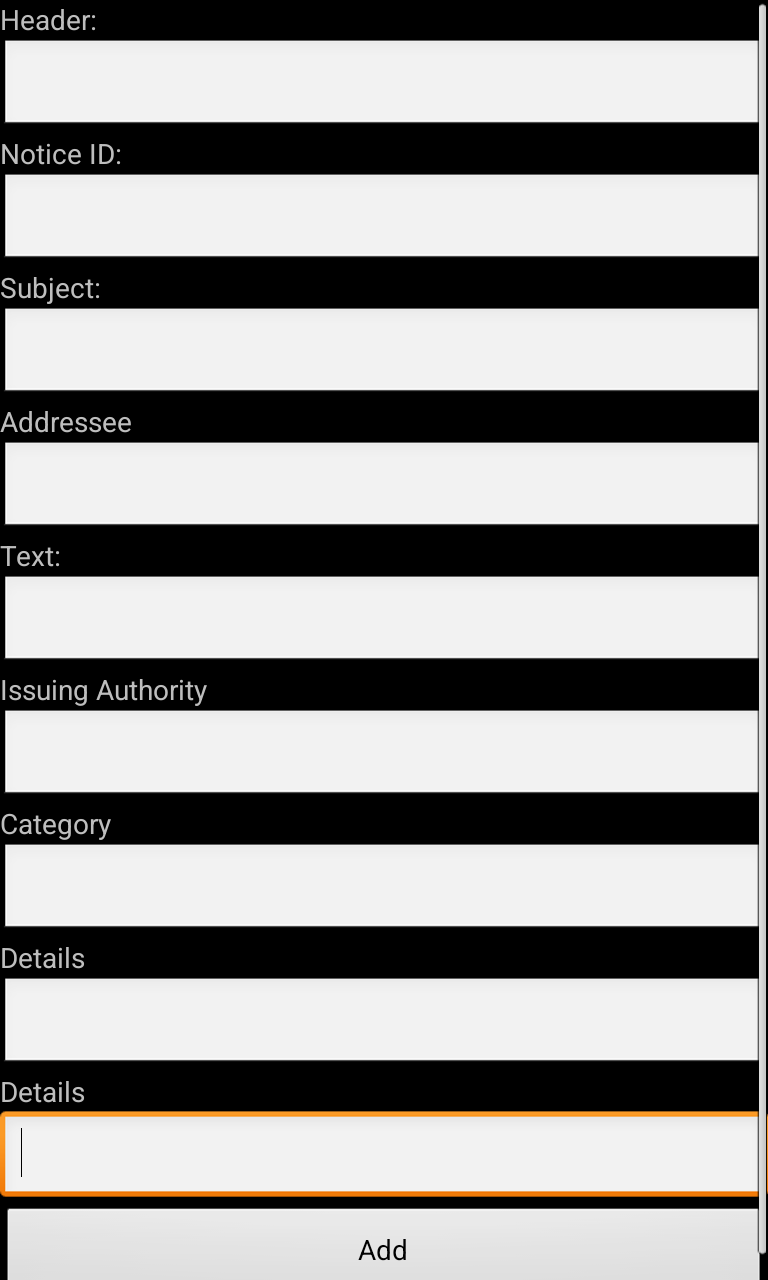
Repository: lcbasu/android
Layout: adt/M Notice/res/layout/detailed_admin.xml
The author's editor kept a copy of each file at every save. The layout is drawn from the files as they stood at one save, then again after the next save.
It is drawn on a 768 x 1280 px phone screen (xhdpi) without system bars, with theme android:Theme; the app's code is not run.

Above is the layout before, as saved 2014-05-02 09:31:27.

After the next save:
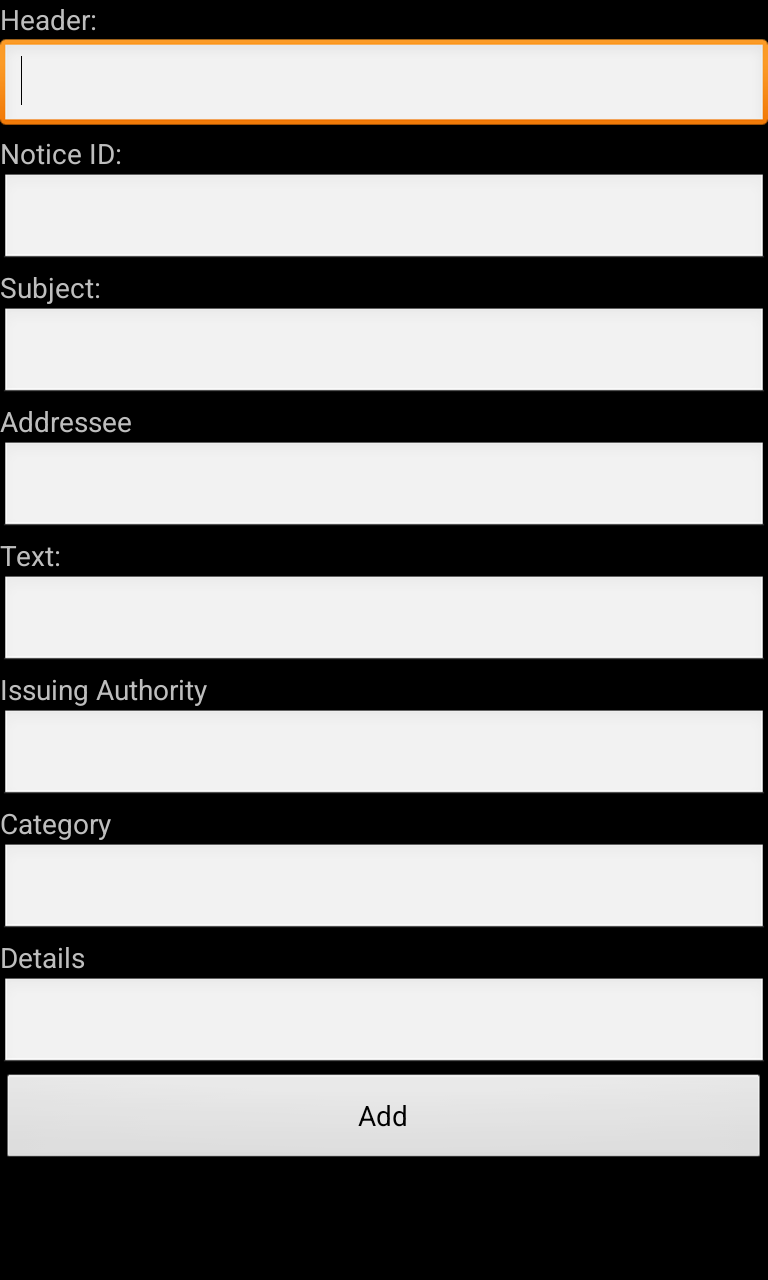
Saved 42 s later.
--- a/adt/M Notice/res/layout/detailed_admin.xml
+++ b/adt/M Notice/res/layout/detailed_admin.xml
@@ -78,8 +78,6 @@
             android:layout_height="wrap_content"
             android:ems="10"
             android:inputType="textMultiLine" >
-
-            <requestFocus />
         </EditText>
 
         <TextView
@@ -94,8 +92,6 @@
             android:layout_height="wrap_content"
             android:ems="10"
             android:inputType="textMultiLine" >
-
-            <requestFocus />
         </EditText>
 
         <TextView
@@ -110,8 +106,6 @@
             android:layout_height="wrap_content"
             android:ems="10"
             android:inputType="textMultiLine" >
-
-            <requestFocus />
         </EditText>
 
         <TextView
@@ -126,24 +120,6 @@
             android:layout_height="wrap_content"
             android:ems="10"
             android:inputType="textMultiLine" >
-
-            <requestFocus />
-        </EditText>
-
-        <TextView
-            android:id="@+id/detail"
-            android:layout_width="wrap_content"
-            android:layout_height="wrap_content"
-            android:text="Details" />
-
-        <EditText
-            android:id="@+id/editDetail"
-            android:layout_width="match_parent"
-            android:layout_height="wrap_content"
-            android:ems="10"
-            android:inputType="textMultiLine" >
-
-            <requestFocus />
         </EditText>
 
         <Button
